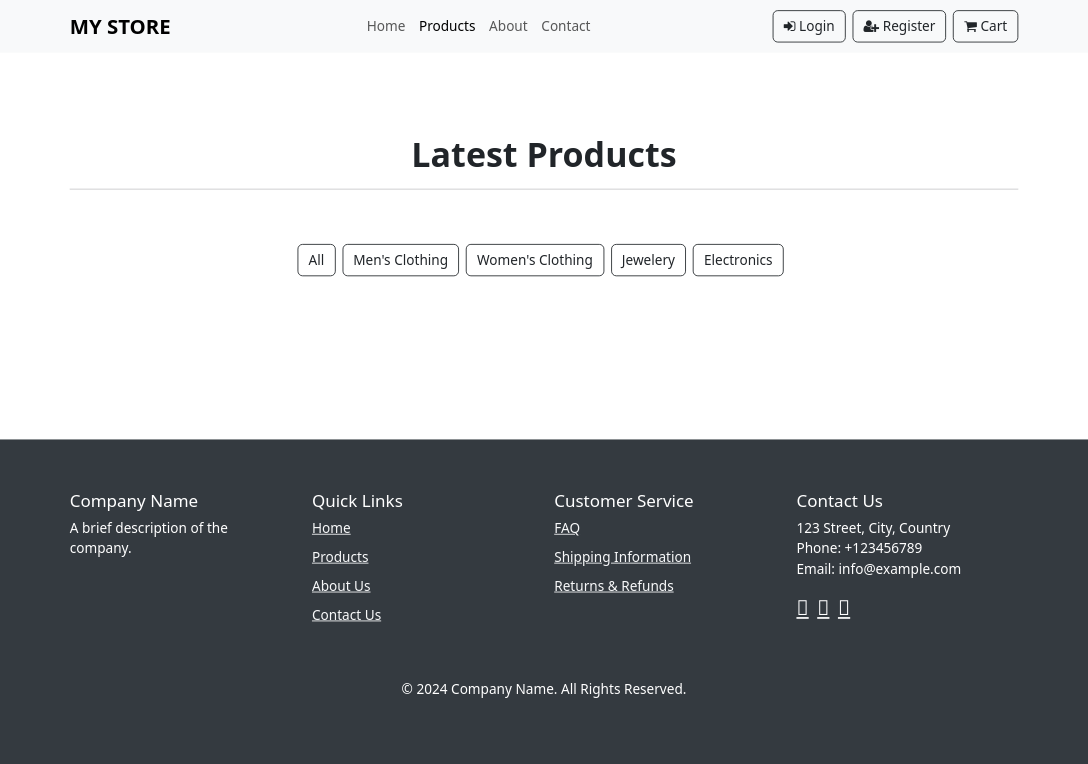
Repository: asad3407886839/E-commerce-Store
Page: /products (app in vite-project/)
These files come from the project's save history. The page is drawn as it stood at one moment and after the next save; the edit follows.
The browser window is 1280 px wide. The pictures show the whole page, at 85% of full size.
The page's requests for data from a server got no answer. The project was rebuilt for these pictures with package versions that can differ from the ones it lists, and the page was loaded fresh each time. No one was signed in, and anything a server would have sent is missing. Also part of the build but not shown: vite-project/vite.config.js, vite-project/src/components/Home.jsx, vite-project/src/components/Product.jsx, vite-project/src/components/Contact.jsx, vite-project/src/components/AboutUs.jsx, vite-project/src/components/LoginForm.jsx, vite-project/src/components/Register.jsx, vite-project/src/components/Cart.jsx and 1 more.

Above is the page before, as saved 2024-07-09 15:23:17.

### vite-project/src/main.jsx
// index.js or main.js (entry point)
import React from 'react';
import ReactDOM from 'react-dom';
import App from './App';
import { CartProvider } from './CartContext'; // Import CartProvider
import './index.css';
import 'bootstrap/dist/css/bootstrap.min.css';
import 'bootstrap/dist/js/bootstrap.bundle';
import 'font-awesome/css/font-awesome.min.css';

ReactDOM.render(
    <React.StrictMode>
        <CartProvider> {/* Wrap App with CartProvider */}
            <App />
        </CartProvider>
    </React.StrictMode>,
    document.getElementById('root')
);

### vite-project/src/App.jsx
// App.jsx
import React from 'react';
import { BrowserRouter, Routes, Route } from 'react-router-dom';
import Navbar from './components/Navbar';
import Home from './components/Home';
import Products from './components/Products';
import Product from './components/Product';
import Contact from './components/Contact';
import AboutUs from './components/AboutUs';
import LoginForm from './components/LoginForm';
import Register from './components/Register';
import Footer from './components/Footer';
import Cart from './components/Cart';
import { CartProvider } from './CartContext';// Import CartProvider

const App = () => {
  return (
    <CartProvider>
      <div>
        <BrowserRouter>
          <Navbar />
          <Routes>
            <Route path="/" element={<Home />} />
            <Route path="/products" element={<Products />} />
            <Route path="/products/:id" element={<Product />} />
            <Route path="/about" element={<AboutUs />} />
            <Route path="/contact" element={<Contact />} />
            <Route path="/login" element={<LoginForm />} />
            <Route path="/register" element={<Register />} />
            <Route path="/cart" element={<Cart />} />
          </Routes>
          <Footer />
        </BrowserRouter>
      </div>
    </CartProvider>
  );
};

export default App;

### vite-project/src/CartContext.jsx
// CartContext.js
import React, { createContext, useState } from 'react';

export const CartContext = createContext();

export const CartProvider = ({ children }) => {
    const [cartItems, setCartItems] = useState([]);

    const addToCart = (product) => {
        setCartItems([...cartItems, product]);
    };

    const removeFromCart = (productId) => {
        setCartItems(cartItems.filter(item => item.id !== productId));
    };

    const clearCart = () => {
        setCartItems([]);
    };

    return (
        <CartContext.Provider value={{ cartItems, addToCart, removeFromCart, clearCart }}>
            {children}
        </CartContext.Provider>
    );
};

### vite-project/src/components/Navbar.jsx
import React from 'react';
import { NavLink } from 'react-router-dom';

const Navbar = () => {
  return (
    <div>
      <nav className="navbar navbar-expand-lg navbar-light bg-light">
        <div className="container">
          <NavLink className="navbar-brand fw-bold fs-4" to="/">MY STORE</NavLink>
          <button
            className="navbar-toggler"
            type="button"
            data-bs-toggle="collapse"
            data-bs-target="#navbarSupportedContent"
            aria-controls="navbarSupportedContent"
            aria-expanded="false"
            aria-label="Toggle navigation"
          >
            <span className="navbar-toggler-icon"></span>
          </button>
          <div className="collapse navbar-collapse" id="navbarSupportedContent">
            <ul className="navbar-nav mx-auto mb-2 mb-lg-0">
              <li className="nav-item">
                <NavLink className="nav-link" exact to="/">Home</NavLink>
              </li>
              <li className="nav-item">
                <NavLink className="nav-link" to="/products">Products</NavLink>
              </li>
              <li className="nav-item">
                <NavLink className="nav-link" to="/about">About</NavLink>
              </li>
              <li className="nav-item">
                <NavLink className="nav-link" to="/contact">Contact</NavLink>
              </li>
            </ul>
            <div className="buttons">
              <NavLink to="/login" className="btn btn-outline-dark">
                <i className="fa fa-sign-in"></i> Login
              </NavLink>
              <NavLink to="/register" className="btn btn-outline-dark ms-2">
                <i className="fa fa-user-plus"></i> Register
              </NavLink>
              <NavLink to="/cart" className="btn btn-outline-dark ms-2">
                <i className="fa fa-shopping-cart"></i> Cart
              </NavLink>
            </div>
          </div>
        </div>
      </nav>
    </div>
  );
};

export default Navbar;

### vite-project/src/components/Products.jsx
import React, { useState, useEffect } from 'react';
import { Link } from 'react-router-dom';


const Products = () => {
  const [data, setData] = useState([]);
  const [filter, setFilter] = useState([]);
  const [loading, setLoading] = useState(false);
  let componentMounted = true;

  useEffect(() => {
    const fetchProducts = async () => {
      setLoading(true);
      try {
        const response = await fetch('https://fakestoreapi.com/products');
        const result = await response.json();
        if (componentMounted) {
          setData(result);
          setFilter(result);
          setLoading(false);
        }
      } catch (error) {
        console.error("Error fetching data:", error);
        setLoading(false);
      }
    };

    fetchProducts();

    return () => {
      componentMounted = false;
    };
  }, []);

  if (loading) {
    return <div>Loading...</div>;
  }

  const showProducts = () => {
    return (
      <>
        <div className="buttons d-flex justify-content-center mb-5 pb-5">
          <button className="btn btn-outline-dark me-2" onClick={() => setFilter(data)}>All</button>
          <button className="btn btn-outline-dark me-2" onClick={() => setFilter(data.filter(product => product.category === 'men\'s clothing'))}>Men's Clothing</button>
          <button className="btn btn-outline-dark me-2" onClick={() => setFilter(data.filter(product => product.category === 'women\'s clothing'))}>Women's Clothing</button>
          <button className="btn btn-outline-dark me-2" onClick={() => setFilter(data.filter(product => product.category === 'jewelery'))}>Jewelery</button>
          <button className="btn btn-outline-dark me-2" onClick={() => setFilter(data.filter(product => product.category === 'electronics'))}>Electronics</button>
        </div>
        <div className="row">
          {filter.map((product) => (
            <div className="col-md-3 mb-4" key={product.id}>
              <div className="card h-100 text-center p-3 fw-bolder">
                <img
                  src={product.image}
                  className="card-img-top"
                  alt={product.title}
                  height="250px"
                />
                <div className="card-body">
                  <h5 className="card-title">{product.title}</h5>
                  <p className="card-text">${product.price}</p>
                  <Link to={`/products/${product.id}`} className="btn btn-outline-dark ms-2">
                    Buy Now
                  </Link>
                </div>
              </div>
            </div>
          ))}
        </div>
      </>
    );
  };

  return (
    <div className="container my-5 py-5">
      <div className="row">
        <div className="col-12 mb-5">
          <h1 className="display-6 fw-bolder text-center">Latest Products</h1>
          <hr />
        </div>
      </div>
      <div className="row justify-content-center">
        {showProducts()}
      </div>
    </div>
  );
};

export default Products;

### vite-project/src/components/Footer.jsx
// components/Footer.js
import React from 'react';
import { Link } from 'react-router-dom';

const Footer = () => {
  const footerStyle = {
    backgroundColor: '#343a40',
    color: '#fff',
    padding: '60px 0',
  };

  const listStyle = {
    padding: 0,
    listStyle: 'none',
  };

  const listItemStyle = {
    marginBottom: '10px',
  };

  const socialIconsStyle = {
    display: 'inline-block',
    marginRight: '10px',
  };

  const socialIconLinkStyle = {
    color: '#fff',
    fontSize: '24px',
  };

  const socialIconLinkHoverStyle = {
    color: '#ffc107',
  };

  return (
    <footer style={footerStyle}>
      <div className="container">
        <div className="row">
          <div className="col-md-3 mb-4">
            <h5>Company Name</h5>
            <p>A brief description of the company.</p>
          </div>
          <div className="col-md-3 mb-4">
            <h5>Quick Links</h5>
            <ul style={listStyle}>
              <li style={listItemStyle}><Link to="/" className="text-light">Home</Link></li>
              <li style={listItemStyle}><Link to="/products" className="text-light">Products</Link></li>
              <li style={listItemStyle}><Link to="/about" className="text-light">About Us</Link></li>
              <li style={listItemStyle}><Link to="/contact" className="text-light">Contact Us</Link></li>
            </ul>
          </div>
          <div className="col-md-3 mb-4">
            <h5>Customer Service</h5>
            <ul style={listStyle}>
              <li style={listItemStyle}><Link to="/faq" className="text-light">FAQ</Link></li>
              <li style={listItemStyle}><Link to="/shipping" className="text-light">Shipping Information</Link></li>
              <li style={listItemStyle}><Link to="/returns" className="text-light">Returns & Refunds</Link></li>
            </ul>
          </div>
          <div className="col-md-3 mb-4">
            <h5>Contact Us</h5>
            <p>123 Street, City, Country<br />Phone: +123456789<br />Email: info@example.com</p>
            <ul className="list-inline" style={listStyle}>
              <li className="list-inline-item" style={socialIconsStyle}><a href="#" style={socialIconLinkStyle}><i className="fab fa-facebook"></i></a></li>
              <li className="list-inline-item" style={socialIconsStyle}><a href="#" style={socialIconLinkStyle}><i className="fab fa-twitter"></i></a></li>
              <li className="list-inline-item" style={socialIconsStyle}><a href="#" style={socialIconLinkStyle}><i className="fab fa-instagram"></i></a></li>
            </ul>
          </div>
        </div>
      </div>
      <div className="text-center mt-4">
        <p>&copy; {new Date().getFullYear()} Company Name. All Rights Reserved.</p>
      </div>
    </footer>
  );
};

export default Footer;

Loaded but not shown: vite-project/index.html (common file)

After the next save:
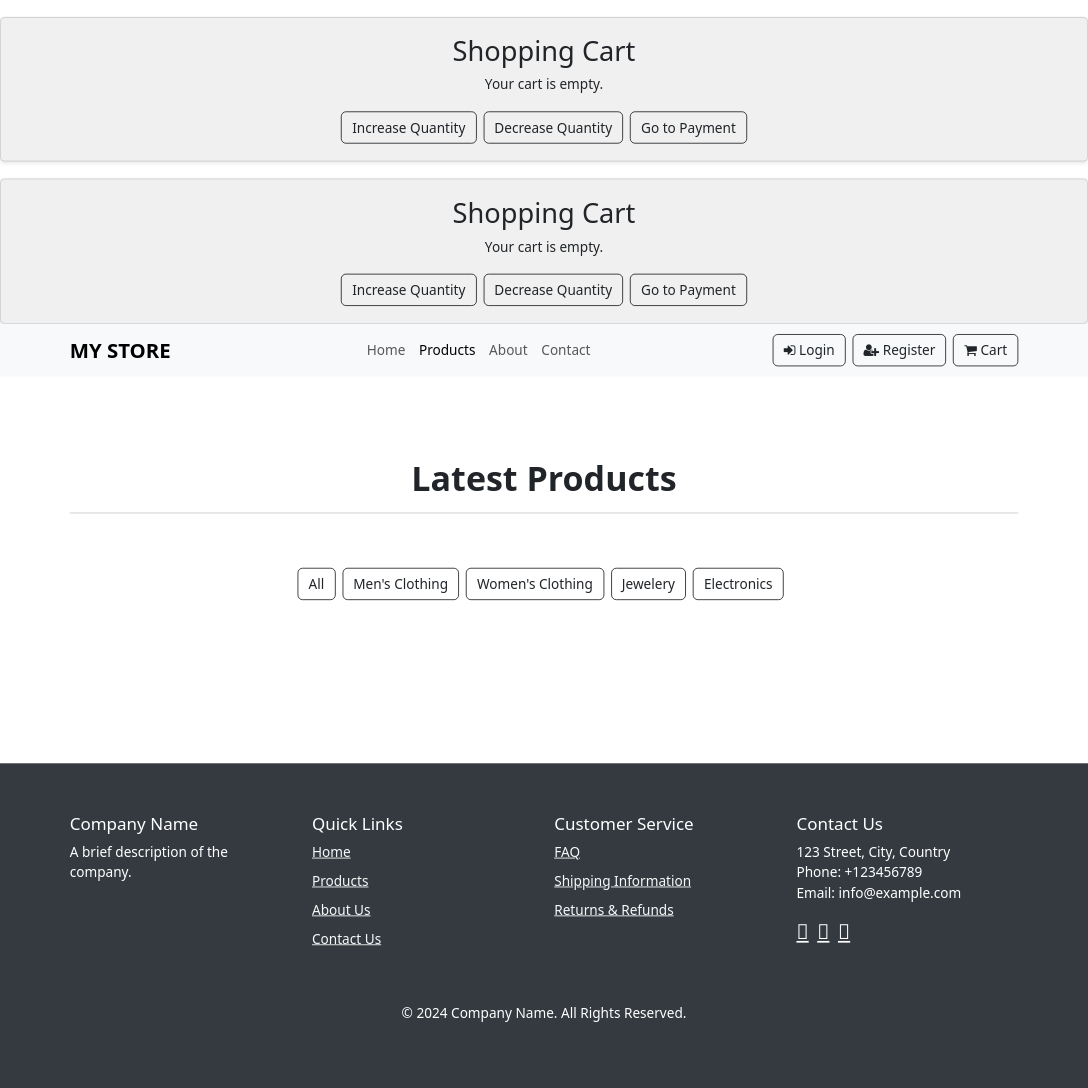
Saved 76 s later.
--- a/vite-project/src/CartContext.jsx
+++ b/vite-project/src/CartContext.jsx
@@ -18,8 +18,41 @@
         setCartItems([]);
     };
 
+    // Example styling for CartContext
+    const cartStyle = {
+        backgroundColor: '#f0f0f0',
+        border: '1px solid #ccc',
+        padding: '20px',
+        borderRadius: '5px',
+        marginTop: '20px',
+        boxShadow: '0 2px 5px rgba(0,0,0,0.1)',
+    };
+
     return (
         <CartContext.Provider value={{ cartItems, addToCart, removeFromCart, clearCart }}>
+            <div style={cartStyle}>
+                <h2 style={{ textAlign: 'center' }}>Shopping Cart</h2>
+                {cartItems.length === 0 ? (
+                    <p style={{ textAlign: 'center' }}>Your cart is empty.</p>
+                ) : (
+                    <ul style={{ listStyleType: 'none', padding: 0 }}>
+                        {cartItems.map(item => (
+                            <li key={item.id} style={{ marginBottom: '10px', borderBottom: '1px solid #ccc', paddingBottom: '10px' }}>
+                                <div>
+                                    <h3>{item.title}</h3>
+                                    <p>Price: ${item.price}</p>
+                                    <button style={{ background: 'none', color: 'red', border: 'none', cursor: 'pointer' }} onClick={() => removeFromCart(item.id)}>Remove</button>
+                                </div>
+                            </li>
+                        ))}
+                    </ul>
+                )}
+                <div style={{ textAlign: 'center', marginTop: '20px' }}>
+                    <button className="btn btn-outline-dark me-2">Increase Quantity</button>
+                    <button className="btn btn-outline-dark me-2">Decrease Quantity</button>
+                    <button className="btn btn-outline-dark">Go to Payment</button>
+                </div>
+            </div>
             {children}
         </CartContext.Provider>
     );

After the save that followed:
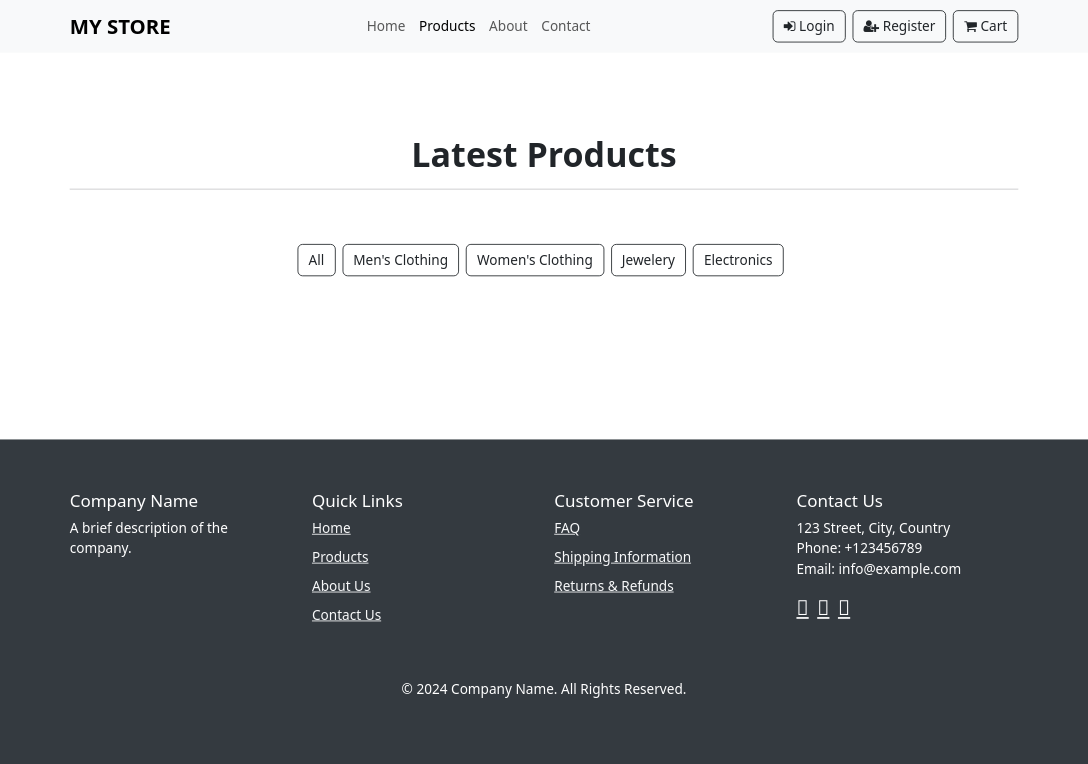
Saved 74 s later.
--- a/vite-project/src/CartContext.jsx
+++ b/vite-project/src/CartContext.jsx
@@ -18,41 +18,8 @@
         setCartItems([]);
     };
 
-    // Example styling for CartContext
-    const cartStyle = {
-        backgroundColor: '#f0f0f0',
-        border: '1px solid #ccc',
-        padding: '20px',
-        borderRadius: '5px',
-        marginTop: '20px',
-        boxShadow: '0 2px 5px rgba(0,0,0,0.1)',
-    };
-
     return (
         <CartContext.Provider value={{ cartItems, addToCart, removeFromCart, clearCart }}>
-            <div style={cartStyle}>
-                <h2 style={{ textAlign: 'center' }}>Shopping Cart</h2>
-                {cartItems.length === 0 ? (
-                    <p style={{ textAlign: 'center' }}>Your cart is empty.</p>
-                ) : (
-                    <ul style={{ listStyleType: 'none', padding: 0 }}>
-                        {cartItems.map(item => (
-                            <li key={item.id} style={{ marginBottom: '10px', borderBottom: '1px solid #ccc', paddingBottom: '10px' }}>
-                                <div>
-                                    <h3>{item.title}</h3>
-                                    <p>Price: ${item.price}</p>
-                                    <button style={{ background: 'none', color: 'red', border: 'none', cursor: 'pointer' }} onClick={() => removeFromCart(item.id)}>Remove</button>
-                                </div>
-                            </li>
-                        ))}
-                    </ul>
-                )}
-                <div style={{ textAlign: 'center', marginTop: '20px' }}>
-                    <button className="btn btn-outline-dark me-2">Increase Quantity</button>
-                    <button className="btn btn-outline-dark me-2">Decrease Quantity</button>
-                    <button className="btn btn-outline-dark">Go to Payment</button>
-                </div>
-            </div>
             {children}
         </CartContext.Provider>
     );
